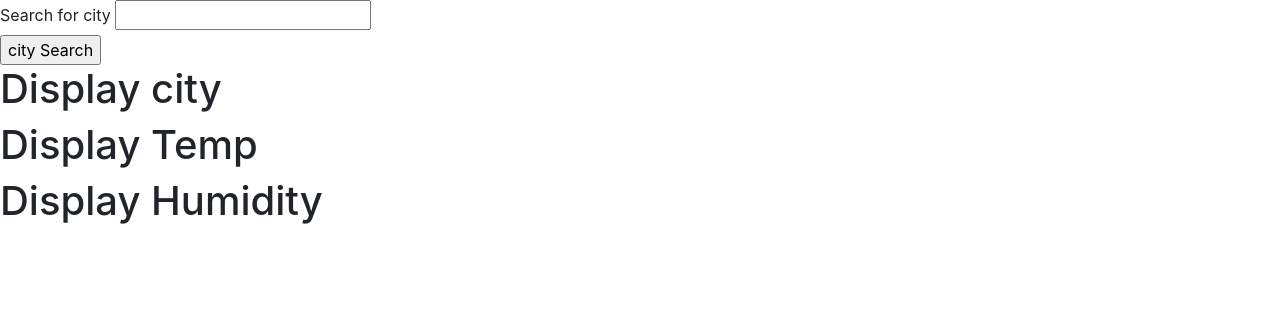
Repository: Mf948/YourWeather
Page: index.html
These files come from the project's save history. The page is drawn as it stood at one moment and after a run of saves; the edit follows.
The browser window is 1280 px wide. The pictures show the whole page.
Some web libraries are served in a nearby version.

Above is the page before, as saved 2020-12-14 20:08:51.

### index.html
<!DOCTYPE html>
<html lang="en">
<head>
    <meta charset="UTF-8">
    <meta name="viewport" content="width=device-width, initial-scale=1.0">
    <title>Your Weather</title>
 <link rel="stylesheet" href="Style.css">
 <link rel="stylesheet" href="https://maxcdn.bootstrapcdn.com/bootstrap/4.0.0/css/bootstrap.min.css" integrity="sha384-Gn5384xqQ1aoWXA+058RXPxPg6fy4IWvTNh0E263XmFcJlSAwiGgFAW/dAiS6JXm" crossorigin="anonymous">

</head>
<body>
    <form id="city-form">
        <label for="movie-input">Search for city</label>
        <input type="text" id="city-input"><br>
        <input id="find-city" type="submit" value="city Search">
    </form>
<div id="city1">
    <h1 id ="displaycity">Display city</h1>
    <h1 id ="displayTemperature">Display Temp</h1>
    <h1 id ="displayHumidity">Display Humidity</h1>


</div>
<div id="city1"></div>

   <script src="https://cdnjs.cloudflare.com/ajax/libs/jquery/3.2.1/jquery.min.js"></script>
   <script src="script.js"></script>
</body>
</html>

### Style.css
.header {
    width: 100%;
    height: 80px;
    background-color: black;
}
.inerheader{
    width: 60%;
    text-: cornsilk;
    background-color: cornsilk;
    height: auto;
    margin: 0 auto;

}

### script.js
$(document).ready(function() {
//api.openweathermap.org/data/2.5/weather?q={city name}&appid={API key}

  // This .on("click") function will trigger the AJAX Call
  $("#find-city").on("click", function(event) {

    // Preventing the submit button from trying to submit the form
    // We're optionally using a form so the user may hit Enter to search instead of clicking the button
    event.preventDefault();

    // Here we grab the text from the input box
    var city = $("#city-input").val();

    // Here we construct our URL
    var queryURL = "https://api.openweathermap.org/data/2.5/weather?q=" + city + "&appid=f235f42a755f4529b0fca0891283af30";

    // Write code between the dashes below to hit the queryURL with $ajax, then take the response data
    // and display it in the div with an id of movie-view

    // YOUR CODE GOES IN THESE DASHES. DO NOT MANUALLY EDIT THE HTML ABOVE


    // =================================================================

    // CODE GOES HERE

    $.ajax({
  url: queryURL,
  method: "GET"
}).then(function(response) {
    console.log(response)
//$("#movie-view").text(JSON.stringify(response));
});

    // =================================================================
  });
});

After the next 2 saves:
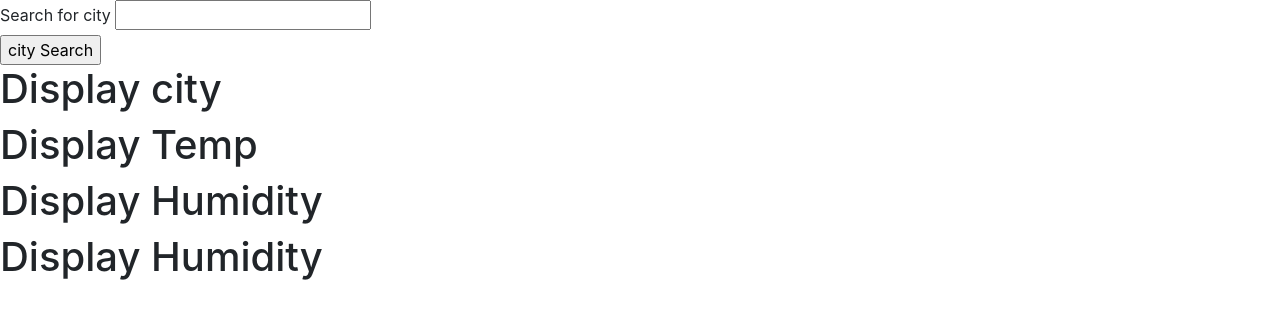
The 2 saves are shown as one change because they came seconds apart.
The last was saved 13 s later.
--- a/index.html
+++ b/index.html
@@ -18,6 +18,7 @@
     <h1 id ="displaycity">Display city</h1>
     <h1 id ="displayTemperature">Display Temp</h1>
     <h1 id ="displayHumidity">Display Humidity</h1>
+    <h1 id ="displayHumidity">Display Humidity</h1>
 
 
 </div>
